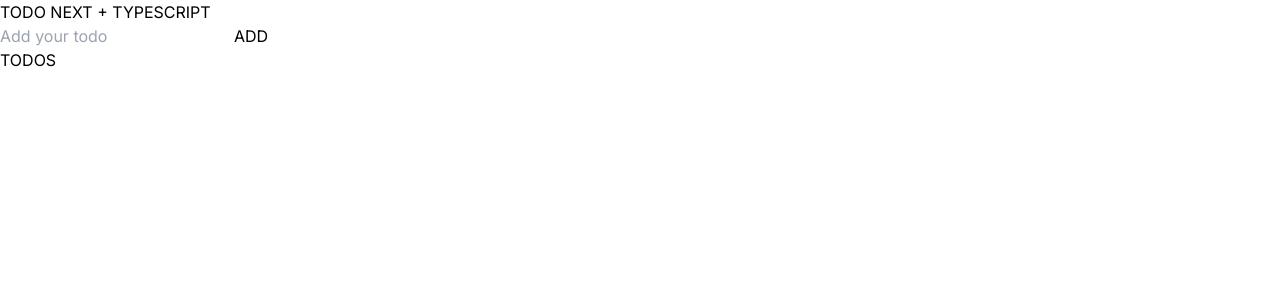
Repository: mehh000/next-ts-todo
Page: /
The author's editor kept a copy of each file at every save. The page is drawn from the files as they stood at one save, then again after a run of saves.
The browser window is 1280 px wide. The pictures show the whole page.
The project was rebuilt for these pictures with package versions that can differ from the ones it lists, and the page was loaded fresh each time. The framework's server and built-in components were replaced by stand-ins that run in the browser. Also part of the build but not shown: next.config.mjs.

Above is the page before, as saved 2024-06-15 16:06:47.

After the next 4 saves:
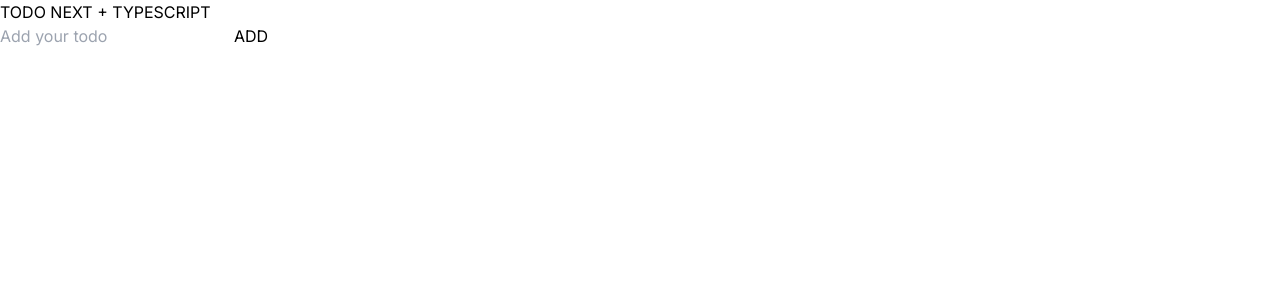
The 4 saves are shown as one change because they came seconds apart.
The last was saved 15 s later.
--- a/src/components/TODOS.tsx
+++ b/src/components/TODOS.tsx
@@ -5,8 +5,11 @@ import React from 'react'
 import { useTodoContext } from '@/app/Context/store/add-todos'
 
 const TODOS = () => {
+
   return (
-    <div>TODOS</div>
+    <ul className="">
+
+    </ul>
   )
 }
 
